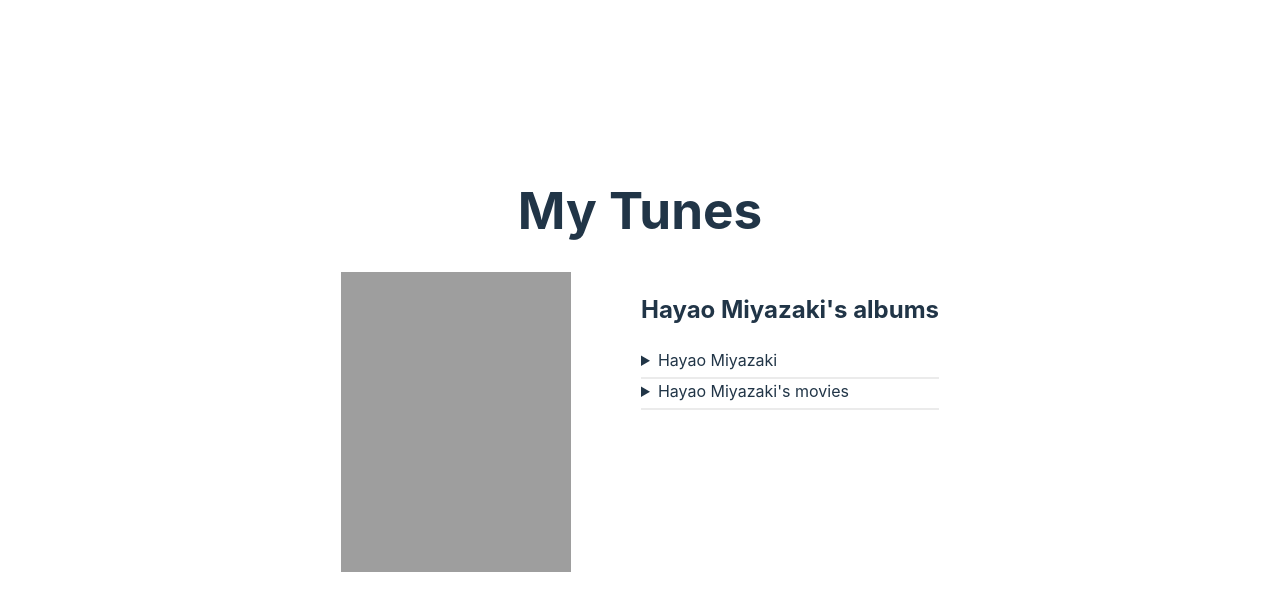
Repository: SamanthaYan298/my_app
Page: /
These files come from the project's save history. The page is drawn as it stood at one moment and after the next save; the edit follows.
The browser window is 1280 px wide. The pictures show the whole page.
Pictures or frames that could not be fetched are drawn as grey boxes. The project was rebuilt for these pictures with package versions that can differ from the ones it lists, and the page was loaded fresh each time. Also part of the build but not shown: vite.config.js.

Above is the page before, as saved 2024-09-14 14:44:10.

### src/App.jsx
import './App.css';

function App() {

  return (
    <>
      <div className='title'>
        <h1>My Tunes</h1>
        <div className="all">
        <div className='photo'>
          <img src="https://www.hollywoodreporter.com/wp-content/uploads/2013/09/hayao_miyazaki_-_h_-_2013.jpg?w=1024" alt="Hayao Miyazaki" height={300} width={230}/>
        </div>
        <div>
          <h2>Hayao Miyazaki's albums</h2>
          <details className='categories'>
            <summary>Hayao Miyazaki</summary>
            <ol>
              <li>Japanese animator</li>
              <li>Filmmaker</li>
              <li>Manga artist</li>
              <li>A founder of Studio Ghibli</li>
              <li>Oscar awards: 89 wins & 62 nominations</li>
            </ol>
          </details>
          <details className='categories'>
            <summary className='open'>Hayao Miyazaki's movies</summary>
            <ol>
              <li>Castle in the Sky</li>
              <li>Kiki's Delivery Service</li>
              <li>Howl's Moving Castle</li>
              <li>Princess Mononoke</li>
              <li>Spirited Away</li>
            </ol>
          </details>
        </div>
      </div>
      </div>
    </>
  )
}

export default App

### src/App.css
#root {
  margin: 0 auto;
  padding: 1rem;
  text-align: left;
}

.photo,
.all {
  display: flex;
  flex-direction: row;
  justify-content: space-between;
  gap: 70px;
  text-align: left;
}

.title {
  text-align: center;
}

.categories {
  border-bottom: 2px solid rgb(235, 235, 235);
  padding-bottom: 5px;
}

.categories[open] summary{
  padding: 15px;
  background-color: rgb(235, 235, 235);
}

.categories > ol {
  background-color: none;
}

Loaded but not shown: index.html (common file); src/main.jsx (common file); src/index.css (common file)

After the next save:
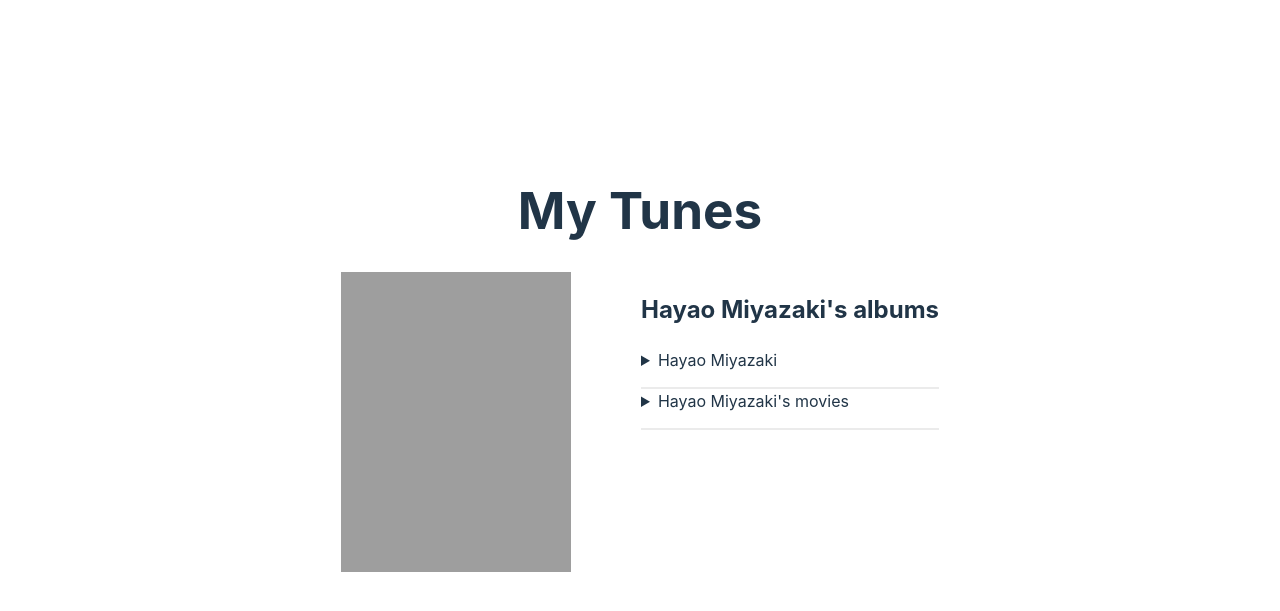
Saved 15 s later.
--- a/src/App.css
+++ b/src/App.css
@@ -19,7 +19,7 @@
 
 .categories {
   border-bottom: 2px solid rgb(235, 235, 235);
-  padding-bottom: 5px;
+  padding-bottom: 15px;
 }
 
 .categories[open] summary{
